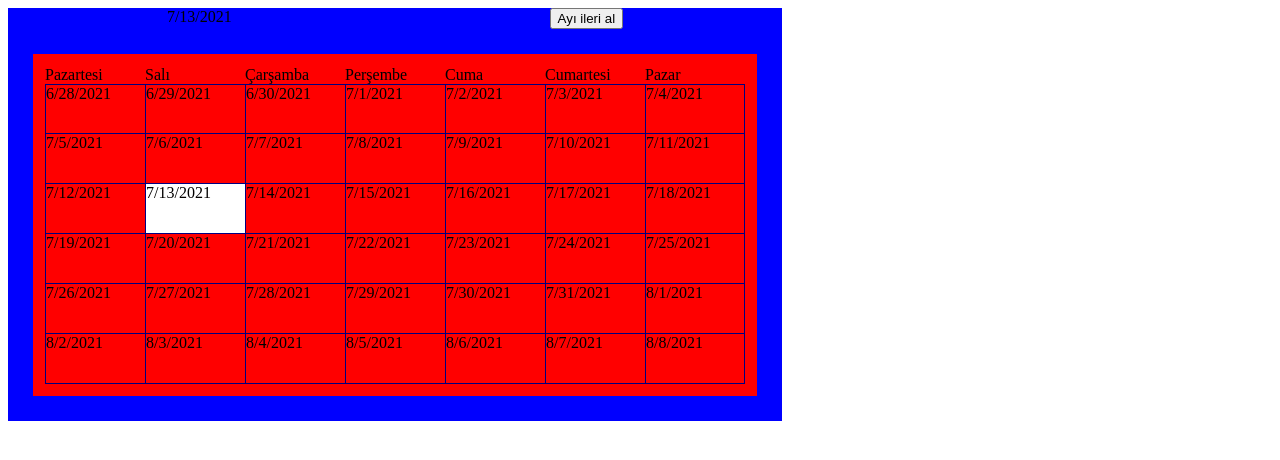
Repository: ahmetbugraozcan/javascript-calendar
Page: tablo.html
An editor plug-in stored every save of this project. The page is shown before and after the next save, followed by the edit.
The browser window is 1280 px wide. The pictures show the whole page.

Above is the page before, as saved 2021-07-13 10:43:47.

After the next save:
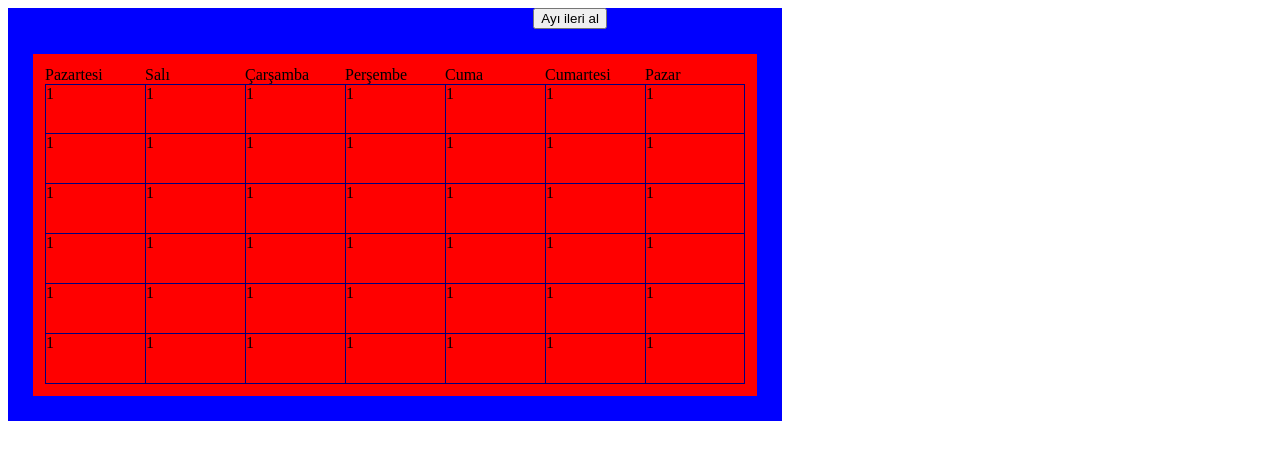
Saved 92 s later.
--- a/tablo.html
+++ b/tablo.html
@@ -150,13 +150,10 @@
         var gunler = ["pazar", "pazartesi", "sali", "carsamba", "persembe", "cuma", "cumartesi"];
         var baslanacakDate = new Date(currentDate.getFullYear(),currentDate.getMonth() , 1);
 
-        fillCalendar();
-
-
 
 
         function fillCalendar(){
-            console.log("Buraya girdik")
+        console.log("Buraya girdik")
         var firstDate = baslanacakDate.getDay();
         if (firstDate == 0) {
             firstDate = 7;
@@ -242,6 +239,9 @@
             }
         }
         }
+
+
+
         function nextDate(){
 
             pazar = [];

After the 2 saves that followed:
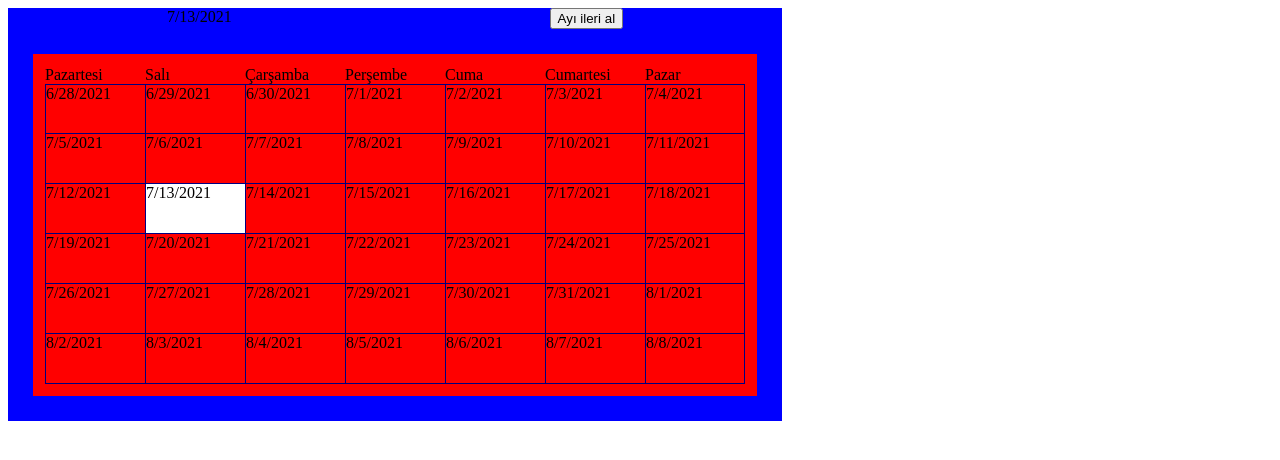
The 2 saves are shown as one change because 1 left the picture as it was.
The last was saved 3 min 2 s later.
--- a/tablo.html
+++ b/tablo.html
@@ -149,6 +149,10 @@
         var pazar = [];
         var gunler = ["pazar", "pazartesi", "sali", "carsamba", "persembe", "cuma", "cumartesi"];
         var baslanacakDate = new Date(currentDate.getFullYear(),currentDate.getMonth() , 1);
+        fillCalendar();
+
+
+
 
 
 
